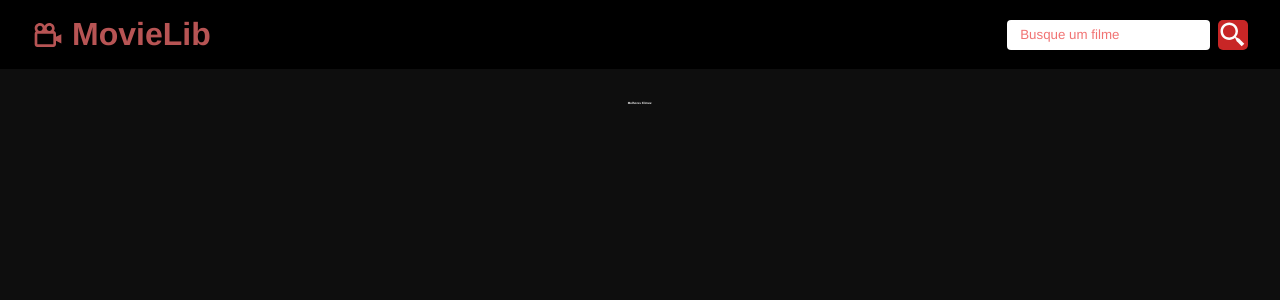
Repository: gustavo-eng/MovieLib
Page: /
These files come from the project's save history. The page is drawn as it stood at one moment and after the next save; the edit follows.
The browser window is 1280 px wide. The pictures show the whole page.
The page's requests for data from a server got no answer. The project was rebuilt for these pictures with package versions that can differ from the ones it lists, and the page was loaded fresh each time. No one was signed in, and anything a server would have sent is missing. Also part of the build but not shown: vite.config.js, src/Pages/Movie.jsx, src/Components/MovieCard.jsx, src/Pages/Search.jsx.

Above is the page before, as saved 2023-01-02 21:14:01.

### src/main.jsx
import React from 'react'
import ReactDOM from 'react-dom/client'

import './index.css'

import {BrowserRouter, Routes,  Route } from 'react-router-dom'

import App from './App'
import Movie from './Pages/Movie'
import Home from './Pages/Home'
import Search from './Pages/Search'

ReactDOM.createRoot(document.getElementById('root')).render(
  <React.StrictMode>
    <BrowserRouter>
      <Routes>
        <Route element={<App />}>
          <Route path='/' element={<Home/>}/>
          <Route path='movie/:id' element={<Movie />}/>
          <Route path='search' element={<Search />}/>
        </Route>
      </Routes>
    </BrowserRouter>
  </React.StrictMode>,
)

### src/index.css
* {
  font-family: 'Franklin Gothic Medium', 'Arial Narrow', Arial, sans-serif;
  margin: 0;
  padding: 0;
  box-sizing: border-box;
}

body {
  background-color: rgb(14, 14, 14);
  color: white;
}

a {
  text-decoration: none;
  color: rgb(183, 84, 84);
  transition: .3s;
}

a:hover {
  color: rgb(137, 42, 42) ;
}

### src/App.jsx
import { useState } from 'react'
import React from 'react'

//Rotas
import { Link, Outlet } from 'react-router-dom'

//Components
import Navbar from './Components/Navbar'

function App() {
  const [count, setCount] = useState(0)

  return (
    <div className="App">
      <Navbar />
      <Outlet />
    </div>
  )
}

export default App

### src/Pages/Home.jsx
import React from "react";
import { useState } from "react";
import { useEffect } from "react";

//Components
import MovieCard from "../Components/MovieCard";

//URL Api
const moviesURL = import.meta.env.VITE_API;
const apiKey = import.meta.env.VITE_API_KEY;

//CSS
import '../Components/MovieCard.css'


const Home = () => {
    const [topFilmes, setTopFilmes] = useState([])

    const getTopFilmes = async (url) => {
        const res = await fetch(url)
        const data = await res.json()

        console.warn(data.results)
        setTopFilmes(data.results)

    }

    useEffect(() => {
        const topRateUrl = `${moviesURL}top_rated?${apiKey}`
        getTopFilmes(topRateUrl)
        console.log(topRateUrl)
    }, [])


    return (
        <div className="container">
            <h2 className="title"> Melhores Filmes: </h2>
            <div className="movies-container">
                {topFilmes ? topFilmes.map((filme) => <MovieCard movie={filme} key={filme.id}/>) : null}
            </div>
        </div>
    )
}

export default Home;

### src/Components/Navbar.jsx
import React from "react";

import { useState } from "react";
//Rotas
import { Link, useNavigate } from "react-router-dom";

//css
import './NavBar.css'


//Icons
import {BiCameraMovie, BiSearchAlt2} from 'react-icons/bi'

const Navbar = () => {

    const [search, setSearch] = useState()

    const navigate = useNavigate();

    const submissao = (e) => {
        e.preventDefault()
        console.log(search)
        if (!search) {
            return
        } else {
            navigate(`/search?q=${search}`)
            setSearch('')
        }
    }

    return (
       <nav id="navbar">
            <h2>
                <Link to={'/'}><BiCameraMovie /> MovieLib </Link>
            </h2>
            <form onSubmit={submissao} >
                <input type="text" placeholder="Busque um filme"
                    onChange={(e) => setSearch(e.target.value)}
                    value={search}
                />
                <button type="submit"> <BiSearchAlt2 /></button>
            </form>
       </nav>
    )
}

export default Navbar;

### src/Components/MovieCard.css
.container .title {
    color: white;
    font-size: 3px;
    text-align: center;
    margin:  2rem 0 1rem;
}

.title .query-text {
    color: rgb(215, 66, 66);
}


.movies-container {
    display: flex;
    flex-wrap: wrap;
    justify-content: space-around;
    padding: 2rem;
    max-width: 1180px;
    margin: 0 auto;
}


.movies-container div {
    width: 30%;
    color: white;
    margin-bottom: 2.5rem;
    display: flex;
    flex-direction: column;
    justify-content: space-between;
    background-color: rgb(67, 67, 67);
    border-radius: 3.8px;
    padding: 1.89px;
}


.movies-container div img {
    max-width: 100%;
}

.movies-container div img,
.movies-container div h2,
.movies-container div p {
    margin-bottom: 9px;
}


.movies-container div svg {
    color: yellow;
}

.movies-container div a {
    display: flex;
    /* background-color: rgb(200, 38, 38); */
    color: rgb(252, 252, 252);
    border-radius: 5px;
    font-size: 20px;
    border-width: 0px;
    cursor: pointer;
    align-items: center;
    transition: .8s;
    /* Detalhes */
    color: rgb(0, 0, 0);
    padding: 3px;

}

.movies-container div a:hover {
    background-color: rgb(41, 41, 41);
    color: rgb(174, 174, 174);
    border-radius: 5px;
}


h2 {
    font-size:  32px;
}

### src/Components/NavBar.css


#navbar {
    display: flex;
    justify-content: space-between;
    align-items: center;
    padding: 1rem 2rem;
    background-color: rgb(0, 0, 0);
}


#navbar h2 a {
    display: flex;
    align-items: center;
    gap: 0.5rem;
}


#navbar form {
    display: flex;
    gap: .5rem;
}

#navbar input {
    padding: 0.2rem 0.8rem;
    border-radius: 4px;
    border: none;
    outline: none;

}

#navbar input:hover {
    background-color: rgb(249, 246, 246);
}

#navbar input::placeholder {
    color: rgb(241, 115, 115);
    font-weight: 200;
}

#navbar form button {
    display: flex;
    background-color: rgb(200, 38, 38);
    color: rgb(252, 252, 252);
    border-radius: 5px;
    font-size: 30px;
    border-width: 0px;
    cursor: pointer;
    align-items: center;
    transition: .8s;
}

#navbar form button :hover {
    background-color: rgb(101, 7, 7);
    color: rgb(174, 174, 174);
    border-radius: 5px;
}

Loaded but not shown: index.html (common file)

After the next save:
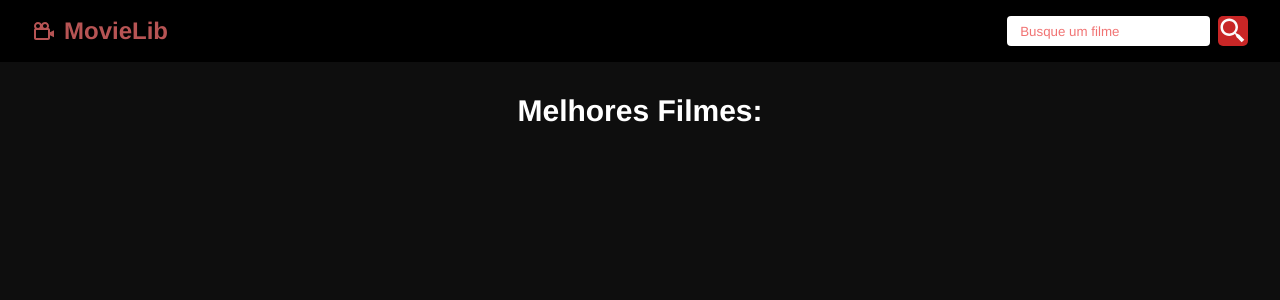
Saved 45 s later.
--- a/src/Components/MovieCard.css
+++ b/src/Components/MovieCard.css
@@ -1,6 +1,6 @@
 .container .title {
     color: white;
-    font-size: 3px;
+    font-size: 30px;
     text-align: center;
     margin:  2rem 0 1rem;
 }
@@ -69,8 +69,3 @@
     color: rgb(174, 174, 174);
     border-radius: 5px;
 }
-
-
-h2 {
-    font-size:  32px;
-}
